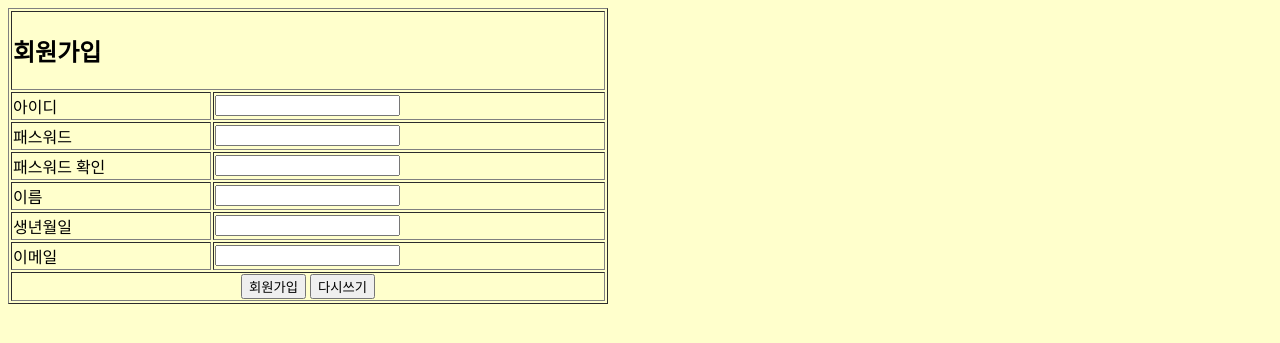
Repository: Chaelin02/2-_JSP
Page: http://localhost/BasicJSP/b06/bean/member.jsp
An editor plug-in stored every save of this project. The page is shown before and after the next save, followed by the edit.
The browser window is 1280 px wide. The pictures show the whole page.
The page is served by Tomcat 9.

Above is the page before, as saved 2019-06-24 01:58:42.

After the next save:
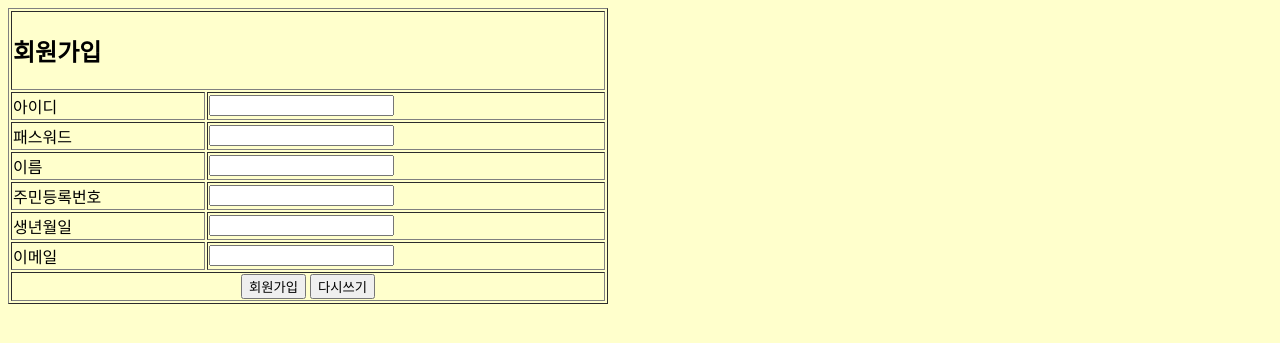
Saved 32 s later.
--- a/BasicJSP/WebContent/b06/bean/member.jsp
+++ b/BasicJSP/WebContent/b06/bean/member.jsp
@@ -23,13 +23,13 @@
 
 	</tr>
 	<tr>
-		<td>패스워드 확인</td>
-		<td><input type="password" width=10 name="password_OK"></td>
+		<td>이름</td>
+		<td> <input type="text" name="name"></td>
 
 	</tr>
 	<tr>
-		<td>이름</td>
-		<td> <input type="text" name="name"></td>
+		<td>주민등록번호</td>
+		<td><input type="text" name="birthday"></td>
 
 	</tr>
 	<tr>
